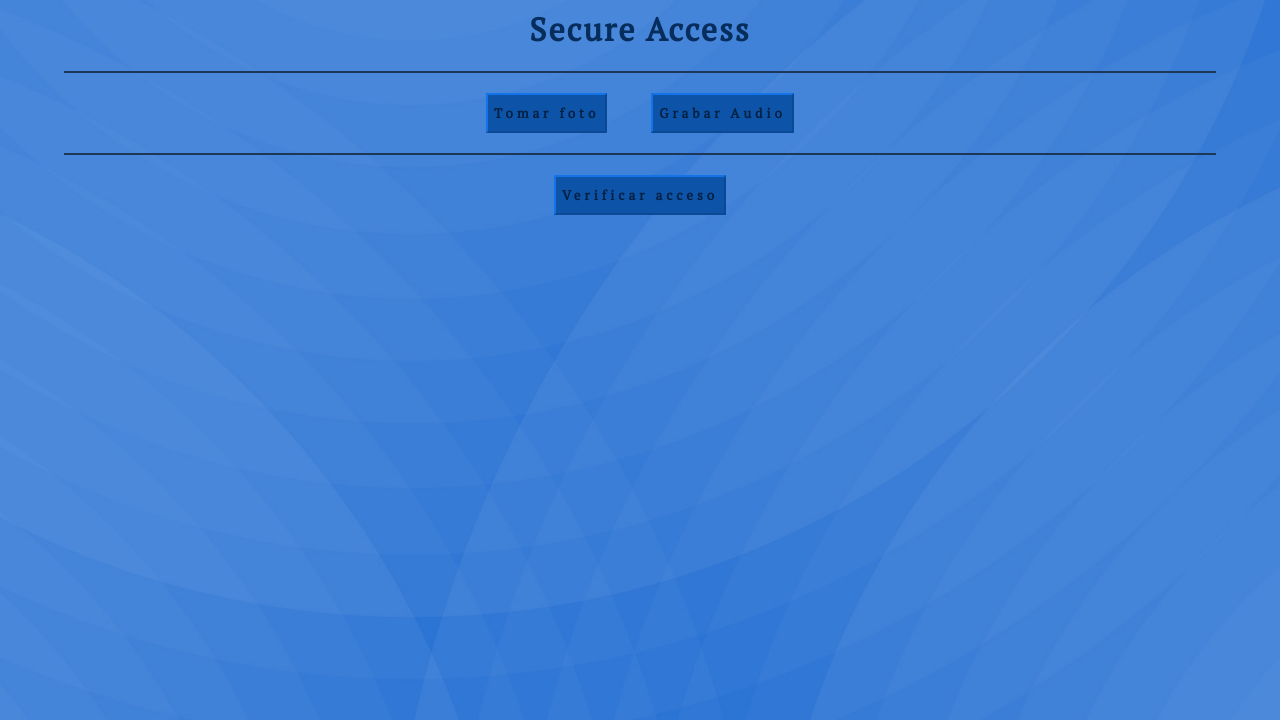
Repository: dabarreiroh/SECURE-ACCESS
Page: accessecure/templates/home/index.html
The author's editor kept a copy of each file at every save. The page is drawn from the files as they stood at one save, then again after the next save.
The browser window is 1280 px wide. The pictures show the whole page.

Above is the page before, as saved 2020-03-16 23:47:13.

After the next save:
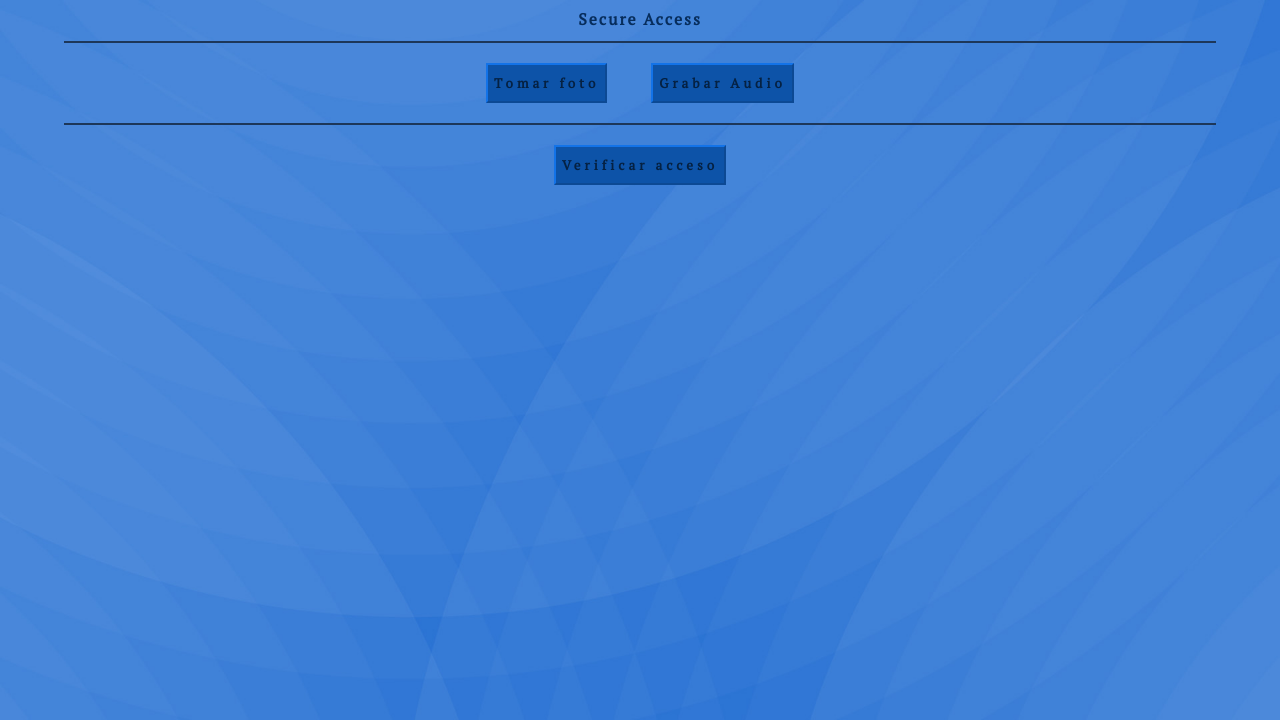
Saved 65 s later.
--- a/accessecure/static/admin/css/index/index.css
+++ b/accessecure/static/admin/css/index/index.css
@@ -12,7 +12,7 @@ h1{
     color: #072D5C;
     /* color: #1D3759; */
     letter-spacing: 2px;
-    font-weight: bolder !important;
+    font-size: medium;
 }
 
 .options{
